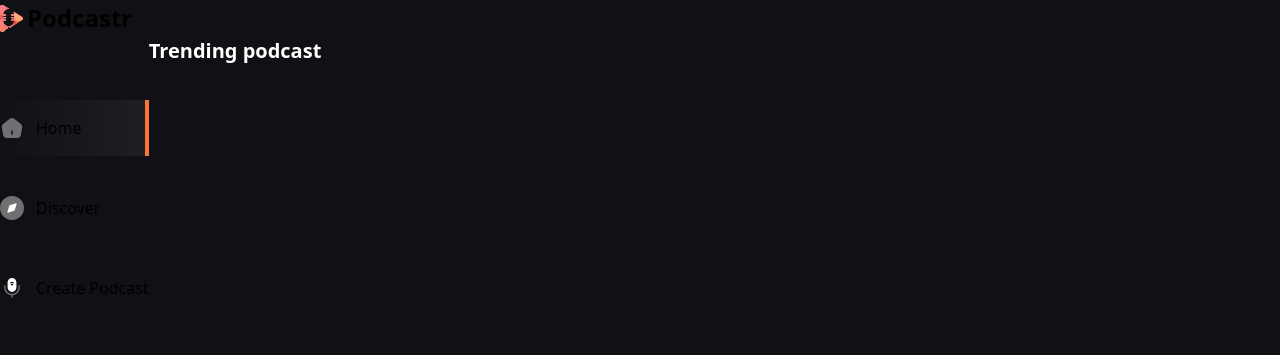
Repository: sumanth-udedar/podcast
Page: /
The author's editor kept a copy of each file at every save. The page is drawn from the files as they stood at one save, then again after the next save.
The browser window is 1280 px wide. The pictures show the whole page.
The project was rebuilt for these pictures with package versions that can differ from the ones it lists, and the page was loaded fresh each time. The framework's server and built-in components were replaced by stand-ins that run in the browser. Also part of the build but not shown: next.config.ts.

Above is the page before, as saved 2024-11-13 15:34:18.

After the next save:
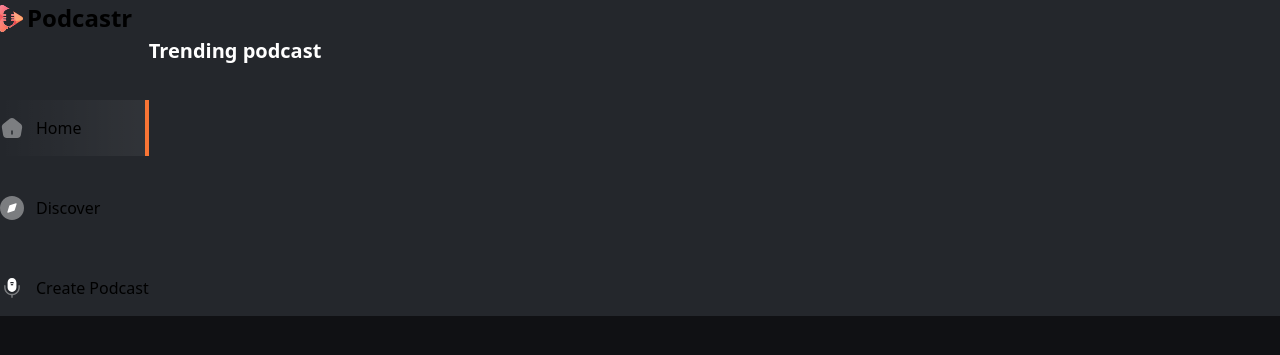
Saved 2 min 8 s later.
--- a/app/(root)/layout.tsx
+++ b/app/(root)/layout.tsx
@@ -7,7 +7,7 @@
 }>) {
   return (
     <div className="relative flex flex-col">
-      <main className="relative flex bg-black-3">
+      <main className="relative flex bg-black-6">
         <LeftSidebar />
         {children}
 

After the save that followed:
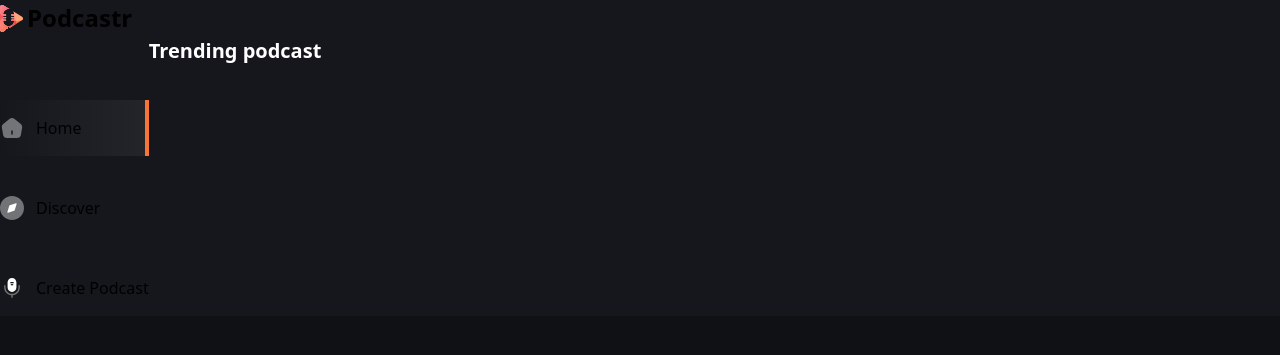
Saved 8 s later.
--- a/app/(root)/layout.tsx
+++ b/app/(root)/layout.tsx
@@ -7,7 +7,7 @@
 }>) {
   return (
     <div className="relative flex flex-col">
-      <main className="relative flex bg-black-6">
+      <main className="relative flex bg-black-1">
         <LeftSidebar />
         {children}
 
